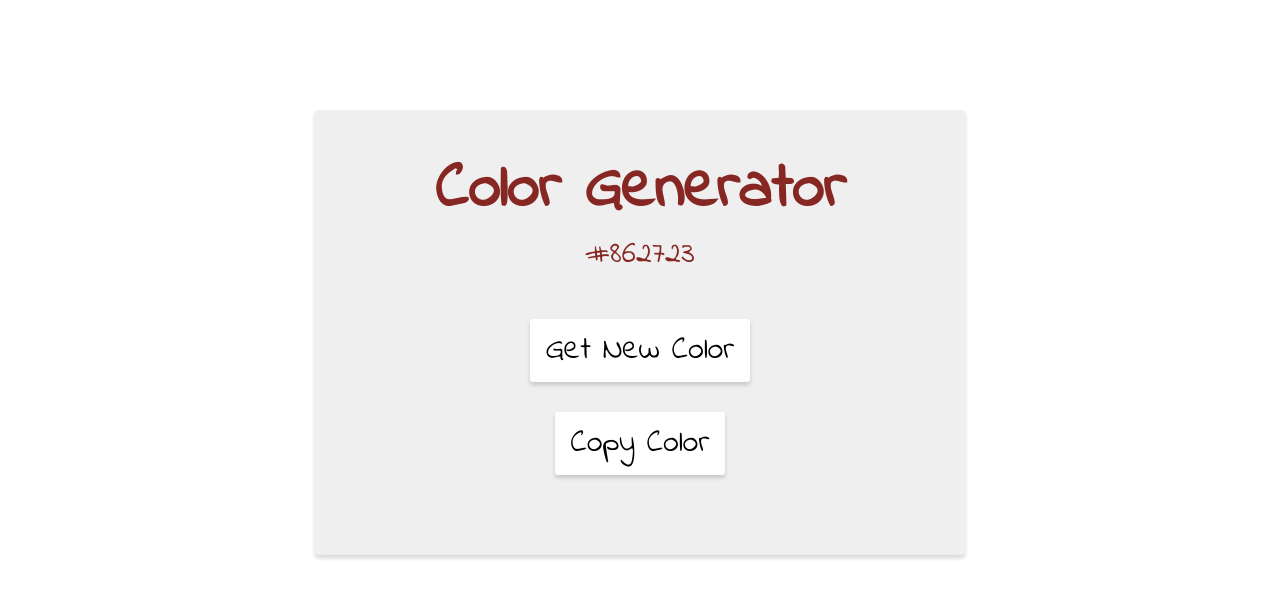
Repository: codimis/JSB-01-Color-Changer
Page: index.html
These files come from the project's save history. The page is drawn as it stood at one moment and after the next save; the edit follows.
The browser window is 1280 px wide. The pictures show the whole page.
After loading, the first visible `#pickColor` was clicked once.

Above is the page before, as saved 2021-09-17 02:12:40.

### index.html
<!DOCTYPE html>
<html lang="en">
<head>
    <meta charset="UTF-8">
    <meta http-equiv="X-UA-Compatible" content="IE=edge">
    <meta name="viewport" content="width=device-width, initial-scale=1.0">
    <title>Color Generator</title>
    <link rel="stylesheet" href="style.css" />
    <script defer src="color.js"></script>
</head>
<body>
    <div class="container">
        <h1>Color Generator</h1>
        <p id="currentColor">#ffffff</p>
        <button id="pickColor" onclick="setColor()">Get New Color</button>
        <button id="copyColor" onclick="copyColor()">Copy Color</button></div>
</body>
</html>

### style.css
@import url('https://fonts.googleapis.com/css2?family=Indie+Flower&display=swap');

:root {
    --color-dark: #1b2b1b;
    --color-light: #efefef;
}

body {
    color: var(--color-dark);
    display: grid;
    font-family: "Indie Flower", sans-serif;
    font-size: 2.5rem;
    min-height: 90vh;
    min-width: 90vw;
    place-items: center;
}

.container {
    align-items: center;
    background-color: var(--color-light);
    border-radius: 3px;
    box-shadow: 0 3px 4px rgba(50, 50, 50, .2);
    display: flex;
    flex-direction: column;
    padding: 2em 3em;
    position: relative;
}

.alert {
    position: absolute;
    top: -50px;
    background-color: var(--color-light);
    padding: 8px 12px;
    box-shadow: 0 3px 4px rgba(50, 50, 50, .2);
}

.alert::after {
    border-color: var(--color-light) transparent transparent transparent;
    border-style: solid;
    border-width: 7px 7px 0 7px;
    bottom: -7px;
    content: "";
    left: 50%;
    position: absolute;
    transform: translateX(-50%);
}

h1 {
    font-size: 4rem;
    line-height: 1px;
    margin: 0;
    padding: 0;
}

#currentColor {
    text-align: center;
    font-size: 2rem;
    line-height: 2;
}

#pickColor, #copyColor {
    border: 0;
    outline: 0;
    background-color: #fff;
    font-family: "Indie Flower",sans-serif;
    font-size: 2rem;
    padding: 8px 16px;
    cursor: pointer;
    border-radius: 3px;
    box-shadow: 0 3px 4px rgba(50, 50, 50, .2);
}

#copyColor {
    margin-top: 30px;
}

#pickColor:active, #copyColor:active {
    box-shadow: none;
    color: var(--color-dark);
 }

### color.js
const currentColor = document.querySelector('#currentColor')
const container = document.querySelector('.container')
const body = document.body

const getHex = () => {
    let color = '#'
    let primaryColorNumber = 3
    let randomRGBNumber
    for( let i= 1;i<=primaryColorNumber;i++){
        randomRGBNumber = Math.round(Math.random()*255)
        if(randomRGBNumber.length==1){
            randomRGBNumber= "0"+randomRGBNumber
        }
        color += randomRGBNumber.toString(16)
    }
    return color
}

const setColor = () => {
    let color = getHex()
    currentColor.textContent= color
    currentColor.style.color = color
    body.style.color = color
}

After the next save:
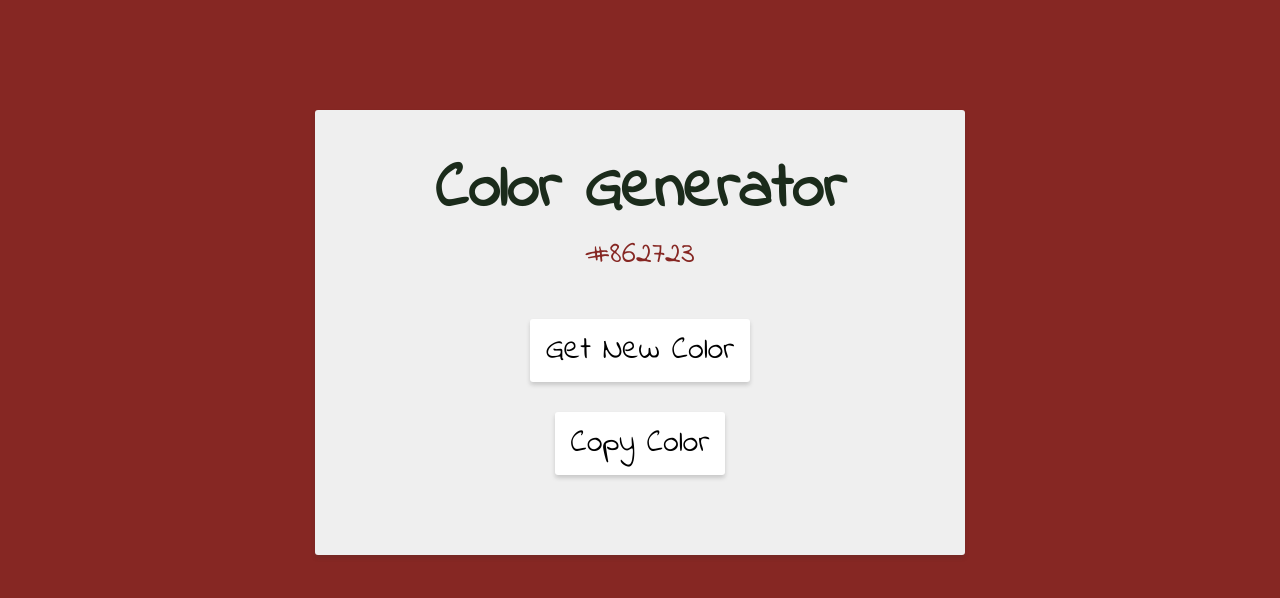
Saved 24 s later.
--- a/color.js
+++ b/color.js
@@ -20,5 +20,5 @@ const setColor = () => {
     let color = getHex()
     currentColor.textContent= color
     currentColor.style.color = color
-    body.style.color = color
+    body.style.backgroundColor = color
 }
